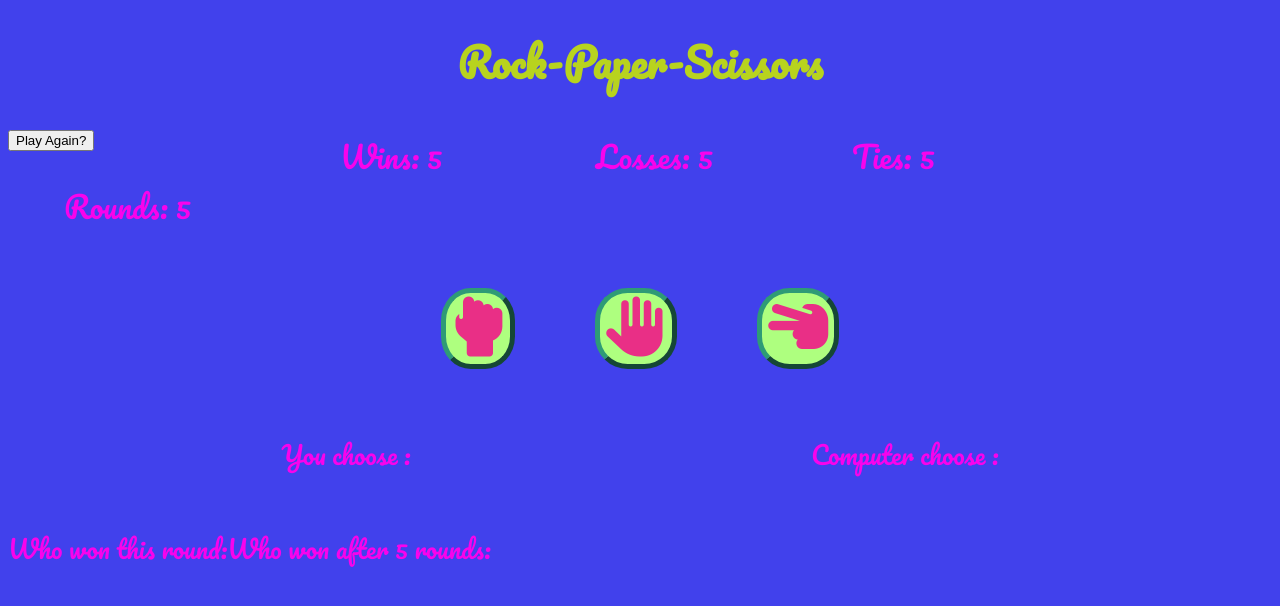
Repository: 0101chaitanya/Rock-Paper-Scissors
Page: index.html
An editor plug-in stored every save of this project. The page is shown before and after the next save, followed by the edit.
The browser window is 1280 px wide. The pictures show the whole page.
Some web libraries are served in a nearby version.

Above is the page before, as saved 2021-05-15 15:49:06.
Not found: linkk.js

After the next save:
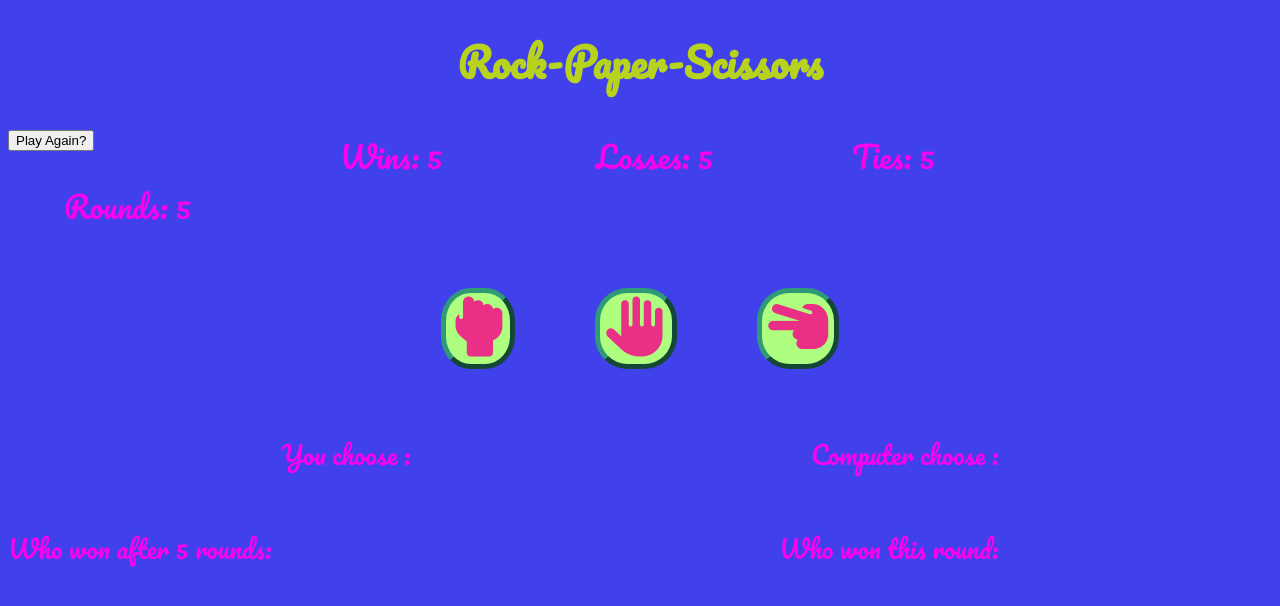
Saved 33 s later.
--- a/style.css
+++ b/style.css
@@ -99,3 +99,8 @@ margin:auto 40px;
     padding: auto;
 
 }
+#roundwin {
+      position: fixed;
+        right: 22%;
+
+}
